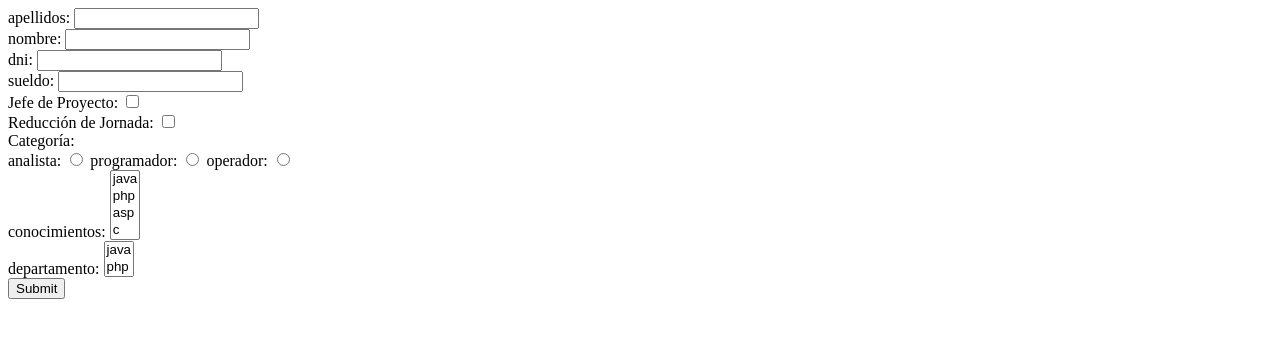
Repository: pedroblanch/ejerciciosPhp2021-2022
Page: http://localhost/formDatosEmpleado.php
The author's editor kept a copy of each file at every save. The page is drawn from the files as they stood at one save, then again after the next save.
The browser window is 1280 px wide. The pictures show the whole page.
The page is run by PHP 8.4 with error messages shown; the project is at /var/www/html/.

Above is the page before, as saved 2022-01-12 11:07:28.

After the next save:
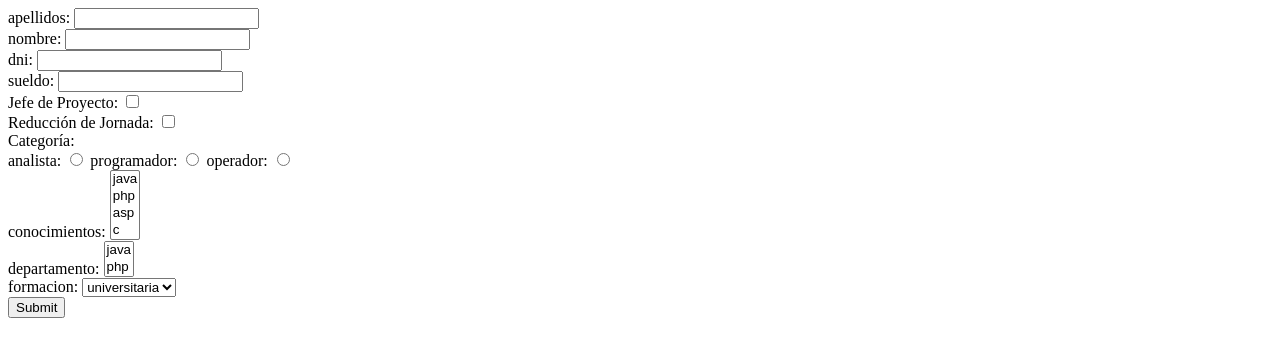
Saved 80 s later.
--- a/ejerciciosBasicos/formDatosEmpleado.php
+++ b/ejerciciosBasicos/formDatosEmpleado.php
@@ -42,6 +42,13 @@
       <option value="almacen">asp</option>
       <option value="ventas">c</option>
     </select>
+    <br>
+	 <label for="formacion">formacion:</label>
+    <select name="formacion">
+      <option value="universitaria">universitaria</option>
+      <option value="FP superior">FP superior</option>
+      <option value="bachillerato">bachillerato</option>
+    </select>
 	<br> <input type="submit">
 
 </form>
